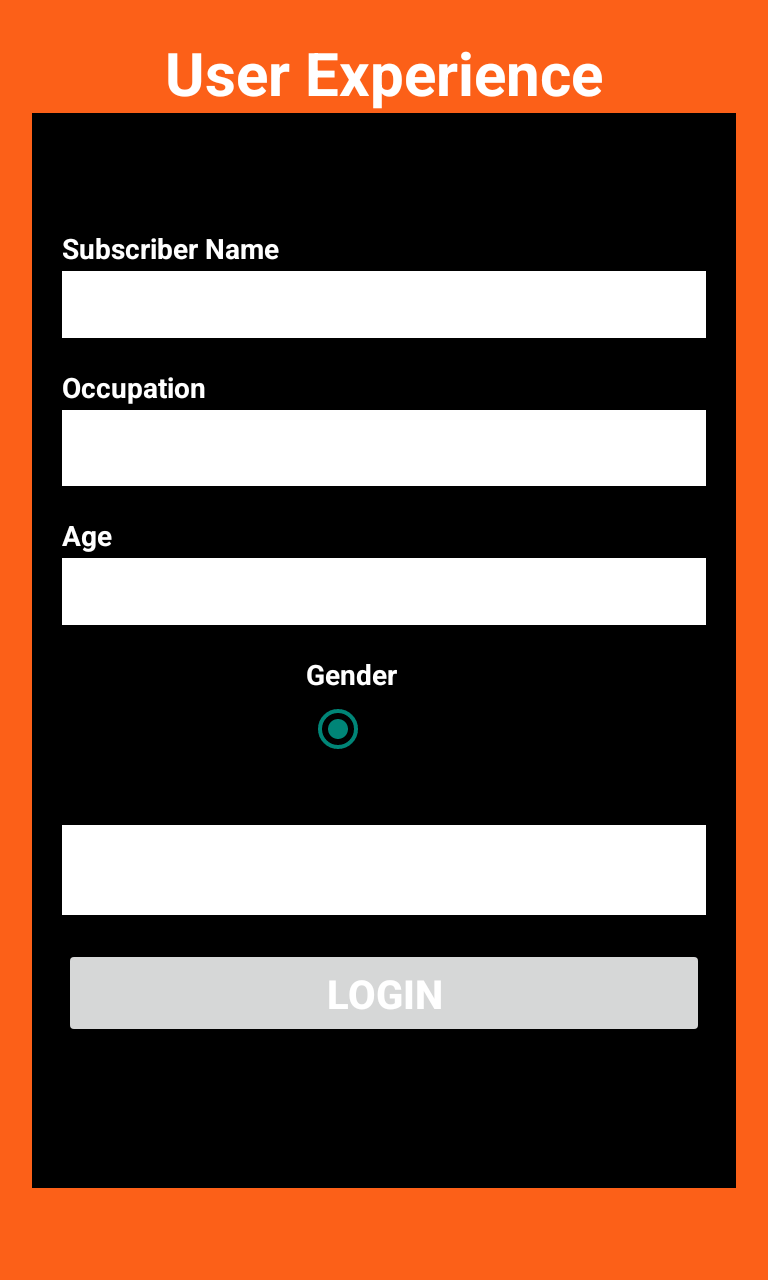
Repository: MushfiqurRahman/BLink3gApp
Layout: 3gExperience/res/layout/fragment_survey.xml
An editor plug-in stored every save of this project. The layout is shown before and after the next save, followed by the edit.
It is drawn on a 768 x 1280 px phone screen (xhdpi) without system bars, with theme AppTheme; the app's code is not run.

Above is the layout before, as saved 2014-05-20 18:06:06.

### 3gExperience/res/layout/fragment_survey.xml
<RelativeLayout xmlns:android="http://schemas.android.com/apk/res/android"
    xmlns:tools="http://schemas.android.com/tools"
    android:layout_width="match_parent"
    android:layout_height="match_parent"
    android:background="#FC6018"
    android:paddingBottom="@dimen/activity_vertical_margin"
    android:paddingLeft="@dimen/activity_horizontal_margin"
    android:paddingRight="@dimen/activity_horizontal_margin"
    android:paddingTop="@dimen/activity_vertical_margin"
    tools:context="com.example.gexperience.SurveyActivity$PlaceholderFragment" >

    <RelativeLayout
        android:id="@+id/topMain"
        android:layout_width="fill_parent"
        android:layout_height="wrap_content" >

        <TextView
            android:layout_width="wrap_content"
            android:layout_height="wrap_content"
            android:layout_centerInParent="true"
            android:layout_marginLeft="5dip"
            android:text="@string/survey_heading"
            android:textColor="#ffffff"
            android:textSize="30sp"
            android:textStyle="bold" />
    </RelativeLayout>

    <LinearLayout
        android:id="@+id/LinearBottom"
        android:layout_width="fill_parent"
        android:layout_height="30dp"
        android:layout_alignParentBottom="true"
        android:gravity="bottom"
        android:orientation="vertical" >
    </LinearLayout>

    <LinearLayout
        android:id="@+id/layout_survey_form"
        android:layout_width="fill_parent"
        android:layout_height="fill_parent"
        android:layout_above="@id/LinearBottom"
        android:layout_alignParentLeft="true"
        android:layout_below="@id/topMain"
        android:background="#000000"
        android:gravity="center"
        android:orientation="vertical"
        android:paddingLeft="15dp"
        android:paddingRight="15dp" >

        <LinearLayout
            android:layout_width="fill_parent"
            android:layout_height="wrap_content"
            android:layout_gravity="left" >

            <TextView
                android:id="@+id/textView3"
                android:layout_width="wrap_content"
                android:layout_height="wrap_content"
                android:layout_marginBottom="2dp"
                android:text="@string/sbcr_name"
                android:textColor="#FFFFFF"
                android:textStyle="bold" />
        </LinearLayout>

        <EditText
            android:id="@+id/edtName"
            android:layout_width="match_parent"
            android:layout_height="wrap_content"
            android:layout_marginBottom="15dp"
            android:background="#FFFFFF"
            android:ems="10"
            android:inputType="text"
            android:textSize="25sp" />

        <LinearLayout
            android:layout_width="fill_parent"
            android:layout_height="wrap_content"
            android:layout_gravity="left" >

            <TextView
                android:id="@+id/textView1"
                android:layout_width="wrap_content"
                android:layout_height="wrap_content"
                android:layout_marginBottom="2dp"
                android:text="@string/sbcr_occupation"
                android:textColor="#FFFFFF"
                android:textStyle="bold" />
        </LinearLayout>

        <Spinner
            android:id="@+id/spnOccupation"
            android:layout_width="match_parent"
            android:layout_height="38dp"
            android:layout_marginBottom="15dp"
            android:background="#FFFFFF"
            android:drawSelectorOnTop="true"
            android:padding="5dp"
            android:spinnerMode="dropdown"
            android:textSize="30sp" />

        <LinearLayout
            android:layout_width="fill_parent"
            android:layout_height="wrap_content"
            android:layout_gravity="left" >

            <TextView
                android:id="@+id/textView2"
                android:layout_width="wrap_content"
                android:layout_height="wrap_content"
                android:layout_marginBottom="2dp"
                android:text="@string/sbcr_age"
                android:textColor="#FFFFFF"
                android:textStyle="bold" />
        </LinearLayout>

        <EditText
            android:id="@+id/edtAge"
            android:layout_width="match_parent"
            android:layout_height="wrap_content"
            android:layout_marginBottom="15dp"
            android:background="#FFFFFF"
            android:ems="10"
            android:inputType="number"
            android:textSize="25sp" />

                <RadioGroup
            android:id="@+id/rdoGender"
            android:layout_width="wrap_content"
            android:layout_height="wrap_content" >

                            <LinearLayout
            android:layout_width="fill_parent"
            android:layout_height="wrap_content"
            android:layout_gravity="left" >

            <TextView
                android:id="@+id/tvGender"
                android:layout_width="wrap_content"
                android:layout_height="wrap_content"
                android:layout_marginBottom="2dp"
                android:text="@string/sbcr_gender"
                android:textColor="#FFFFFF"
                android:textStyle="bold" />
        </LinearLayout>
            <RadioButton
                android:id="@+id/radio0"
                android:layout_width="wrap_content"
                android:layout_height="wrap_content"
                android:checked="true"
                android:text="Male" />

            <RadioButton
                android:id="@+id/radio1"
                android:layout_width="wrap_content"
                android:layout_height="wrap_content"
                android:text="Female" />
        </RadioGroup>



        <Spinner
            android:id="@+id/spnCompany"
            android:layout_width="match_parent"
            android:layout_height="45dp"
            android:layout_marginBottom="15dp"
            android:background="#FFFFFF"
            android:padding="5dp"
            android:spinnerMode="dropdown"
            android:textSize="30sp" />

        <Button
            android:id="@+id/btnLogin"
            android:layout_width="match_parent"
            android:layout_height="wrap_content"
            android:layout_marginBottom="15dp"
            android:text="@string/login"
            android:textColor="#FFFFFF"
            android:textSize="20sp"
            android:textStyle="bold" />
    </LinearLayout>

</RelativeLayout>

### 3gExperience/res/values/strings.xml
<?xml version="1.0" encoding="utf-8"?>
<resources>

    <string name="app_name">3gExperience</string>
    <string name="hello_world">Hello world!</string>
    <string name="action_settings">Settings</string>
    <string name="title_activity_login">LoginActivity</string>
    <string name="title_activity_survey">SurveyActivity</string>
    <string name="bp_code">BP Code</string>
    <string name="area">Area</string>
    <string name="location">Location</string>
    <string name="login">Login</string>
    <string name="survey_heading">User Experience</string>
    <string name="sbcr_name">Subscriber Name</string>
    <string name="sbcr_occupation">Occupation</string>
    <string name="sbcr_age">Age</string>
    <string name="sbcr_gender">Gender</string>
    <string name="sbcr_mobile">Mobile Number</string>
    <string name="sbcr_3g">Using 3G Pack</string>
    <string name="sbcr_package_type">Select Package</string>
    <string name="sbcr_mobile_brand">Mobile Brand</string>
</resources>

Loaded but not shown: 3gExperience/res/values/styles.xml (common file); 3gExperience/res/values-v11/styles.xml (common file); 3gExperience/res/values-v14/styles.xml (common file); 3gExperience/res/values/dimens.xml (common file); 3gExperience/res/values-w820dp/dimens.xml (common file)

After the next save:
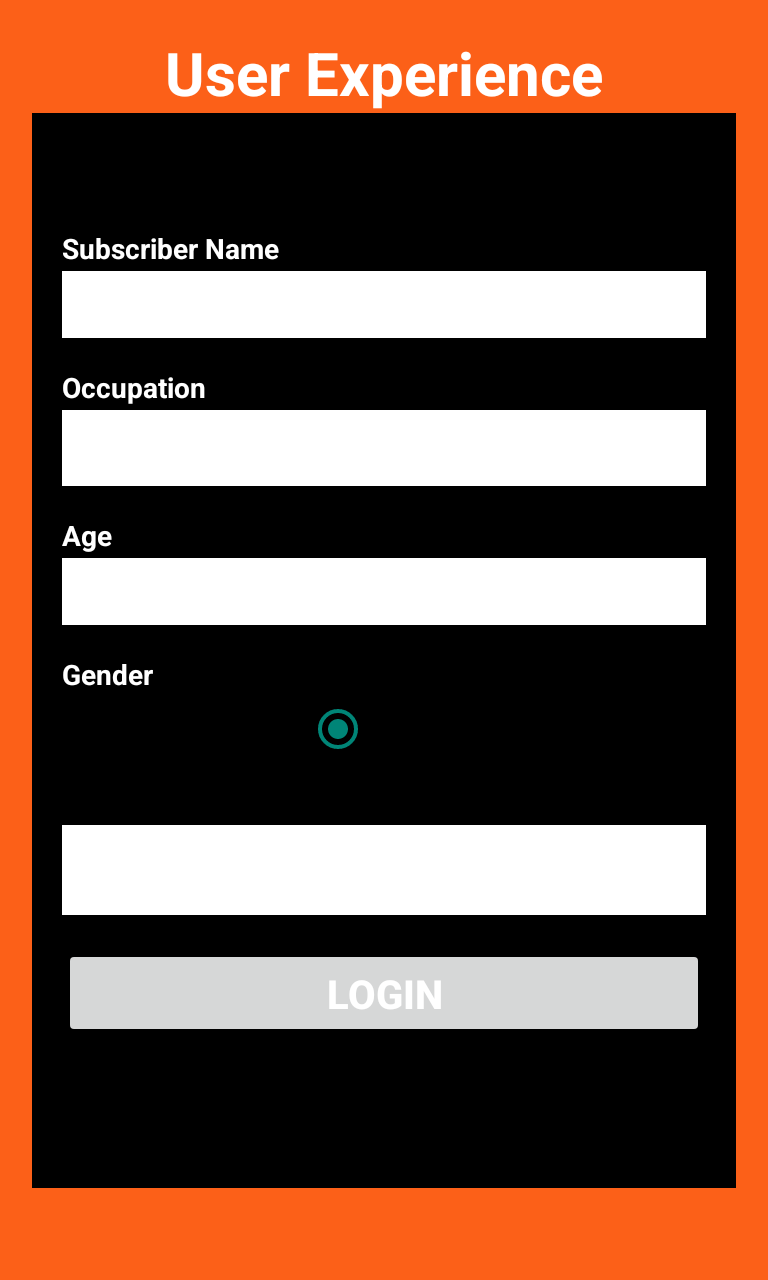
Saved 33 s later.
--- a/3gExperience/res/layout/fragment_survey.xml
+++ b/3gExperience/res/layout/fragment_survey.xml
@@ -123,12 +123,8 @@
             android:inputType="number"
             android:textSize="25sp" />
 
-                <RadioGroup
-            android:id="@+id/rdoGender"
-            android:layout_width="wrap_content"
-            android:layout_height="wrap_content" >
 
-                            <LinearLayout
+                                    <LinearLayout
             android:layout_width="fill_parent"
             android:layout_height="wrap_content"
             android:layout_gravity="left" >
@@ -142,6 +138,12 @@
                 android:textColor="#FFFFFF"
                 android:textStyle="bold" />
         </LinearLayout>
+                <RadioGroup
+            android:id="@+id/rdoGender"
+            android:layout_width="wrap_content"
+            android:layout_height="wrap_content" >
+
+
             <RadioButton
                 android:id="@+id/radio0"
                 android:layout_width="wrap_content"
